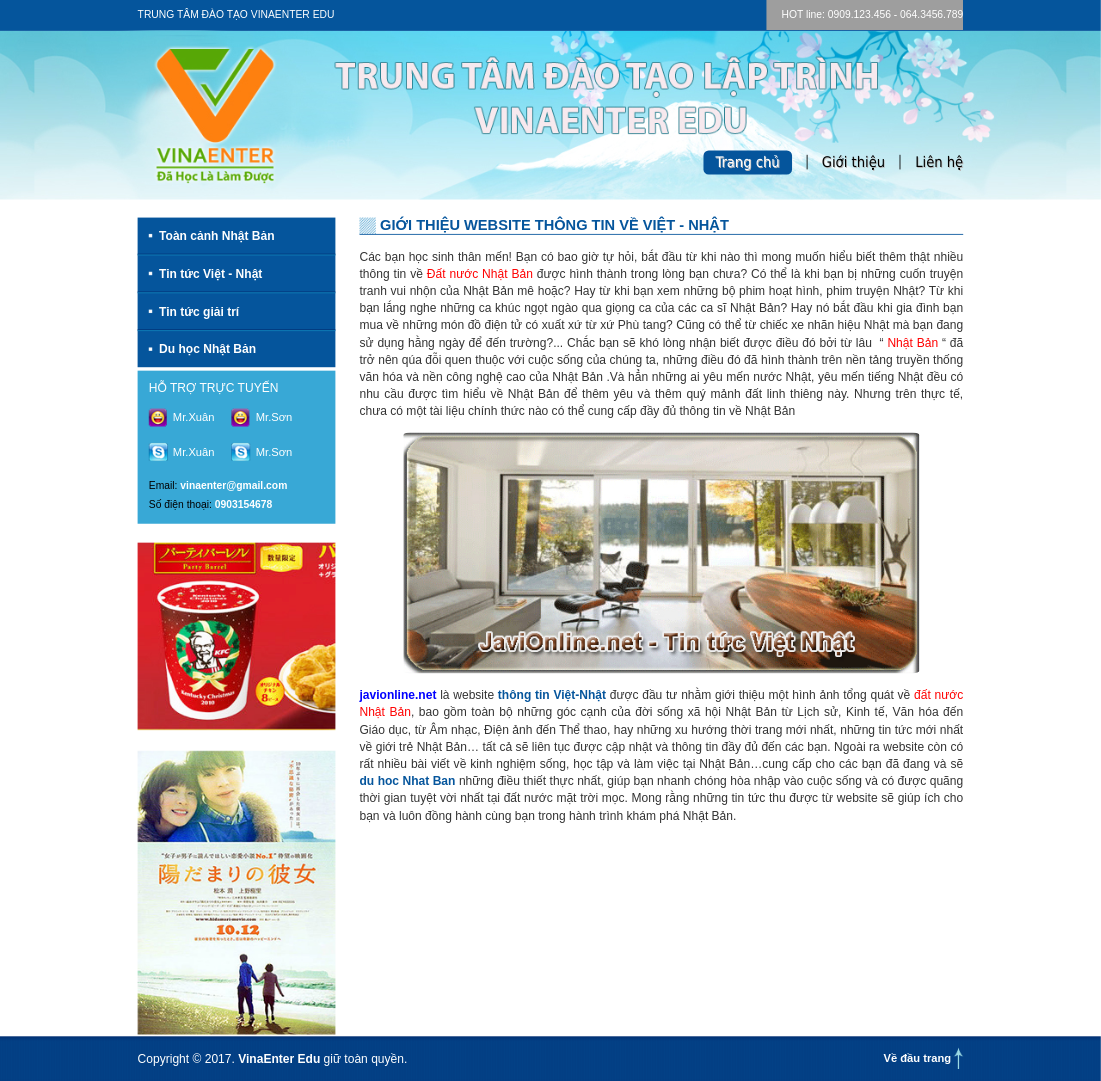
Repository: leducnam1805/JSP-SERVLET
Page: http://localhost/baiTap1/views/BT3/gioithieu.jsp
An editor plug-in stored every save of this project. The page is shown before and after the next save, followed by the edit.
The browser window is 1280 px wide. The pictures show the whole page, at 86% of full size.
Pictures or frames that could not be fetched are drawn as grey boxes. Some web libraries are served in a nearby version. The page is served by Tomcat 9.

Above is the page before, as saved 2020-06-24 06:27:59.

### loiGiai/baiTap1/WebContent/views/BT3/gioithieu.jsp
<%@ page language="java" contentType="text/html; charset=UTF-8"
	pageEncoding="UTF-8"%>
<%@include file="/views/BT3/inc/header.jsp"%>
		<div id="main-body">
			<div class="main-content">
				<div class="body-left fl">
					<div class="left-menu">
						<ul>
							<li class="parent"><a href="/Toan-canh-Nhat-Ban-c1/">Toàn
									cảnh Nhật Bản</a></li>
							<li class="parent"><a href="/Tin-tuc-Viet-Nhat-c2/">Tin
									tức Việt - Nhật</a></li>
							<li class="parent"><a href="/Tin-tuc-giai-tri-c3/">Tin
									tức giải trí</a></li>
							<li class="parent"><a href="/Du-hoc-Nhat-Ban-c4/">Du
									học Nhật Bản</a></li>
						</ul>
						<div class="clr"></div>
					</div>

					<div class="support">
						<p>Hỗ trợ trực tuyến</p>
						<div class="yahoo">
							<ul>
								<li><a href="ymsgr:sendIM?trandangx"
									title="Chat with Mr.Xuân">Mr.Xuân</a></li>
								<li><a href="ymsgr:sendIM?itsontran"
									title="Chat with Mr.Sơn">Mr.Sơn</a></li>
							</ul>
							<div class="clr"></div>
						</div>

						<div class="skype">
							<ul>
								<li><a href="Skype:trandangx?chat"
									title="Chat with Mr.Xuân">Mr.Xuân</a></li>
								<li><a href="Skype:itsontran?chat"
									title="Chat with Mr.Sơn">Mr.Sơn</a></li>
							</ul>
							<div class="clr"></div>
						</div>

						<div class="orther">
							<p>
								Email: <span>vinaenter@gmail.com</span>
							</p>
							<p>
								Số điện thoại: <span>0903154678</span>
							</p>
						</div>
					</div>

					<div class="advs">
						<a href="" title=""> <img src="images/qc1.jpg" alt="" />
						</a> <a href="" title=""> <img src="images/qc2.jpg" alt="" />
						</a>
					</div>
				</div>
				<div class="body-right fr">
					<div class="news-block">
						<h2 class="title-cat">Giới thiệu website thông tin về
							Việt - Nhật</h2>
						<div class="content-cat1">
							<div class="content-detail gioithieu">
								Các bạn học sinh thân mến! Bạn có bao giờ tự
								hỏi, bắt đầu từ khi nào thì mong muốn hiểu biết
								thêm thật nhiều thông tin về <font color="#ff0000">Đất
								nước Nhật Bản</font> được hình thành trong lòng bạn
								chưa? Có thể là khi bạn bị những cuốn truyện
								tranh vui nhộn của Nhật Bản mê hoặc? Hay từ khi
								bạn xem những bộ phim hoạt hình, phim truyện Nhật?
								Từ khi bạn lắng nghe những ca khúc ngọt ngào qua
								giọng ca của các ca sĩ Nhật Bản? Hay nó bắt đầu
								khi gia đình bạn mua về những món đồ điện tử
								có xuất xứ từ xứ Phù tang? Cũng có thể từ
								chiếc xe nhãn hiệu Nhật mà bạn đang sử dụng
								hằng ngày để đến trường?... Chắc bạn sẽ khó
								lòng nhận biết được điều đó bởi từ lâu&nbsp;
								“ <font color="#ff0000">Nhật Bản </font>“ đã trở
								nên qúa đỗi quen thuộc với cuộc sống của chúng
								ta, những điều đó đã hình thành trên nền tảng
								truyền thống văn hóa và nền công nghệ cao của
								Nhật Bản .Và hẳn những ai yêu mến nước Nhật,
								yêu mến tiếng Nhật đều có nhu cầu được tìm
								hiểu về Nhật Bản để thêm yêu và thêm quý mảnh
								đất linh thiêng này. Nhưng trên thực tế, chưa có
								một tài liệu chính thức nào có thể cung cấp đầy
								đủ thông tin về Nhật Bản<br> <img
									src="images/gioi-thieu.jpg" title="" style="padding: 5px 0px;">

										<a title="" target="_blank" href="/"><font color="#0000ff">
											<strong>javionline.net</strong> </font> </a> là website <a title=""
										href="/"><strong>thông tin Việt-Nhật</strong> </a>
										được đầu tư nhằm giới thiệu một hình ảnh
										tổng quát về <font color="#ff0000">đất nước
										Nhật Bản</font>, bao gồm toàn bộ những góc cạnh của
										đời sống xã hội Nhật Bản từ Lịch sử, Kinh
										tế, Văn hóa đến Giáo dục, từ Âm nhạc, Điện
										ảnh đến Thể thao, hay những xu hướng thời trang
										mới nhất, những tin tức mới nhất về giới trẻ
										Nhật Bản… tất cả sẽ liên tục được cập
										nhật và thông tin đầy đủ đến các bạn. Ngoài
										ra website còn có rất nhiều bài viết về kinh
										nghiệm sống, học tập và làm việc tại Nhật
										Bản…cung cấp cho các bạn đã đang và sẽ <strong><a
											title="" href="http://javionline.net">du hoc Nhat Ban</a> </strong>
										những điều thiết thực nhất, giúp bạn nhanh
										chóng hòa nhập vào cuộc sống và có được quãng
										thời gian tuyệt vời nhất tại đất nước mặt
										trời mọc. Mong rằng những tin tức thu được từ
										website sẽ giúp ích cho bạn và luôn đồng hành
										cùng bạn trong hành trình khám phá Nhật Bản.&nbsp;<br>
											&nbsp;
							</div>
						</div>
					</div>

				</div>

				<div class="clr"></div>
			</div>
		</div>
		<div id="footer">
			<div class="main-content">
				<p class="fl">
					Copyright &copy; 2017. <span>VinaEnter Edu</span> giữ toàn
					quyền.
				</p>
				<div class="search fl">&nbsp;</div>
				<div class="backtotop fr">
					<a href="#totop" title="">Về đầu trang</a>
				</div>
				<div class="clr"></div>
			</div>
		</div>

	</div>
</body>
</html>

### loiGiai/baiTap1/WebContent/views/BT3/inc/header.jsp
<%@ page language="java" contentType="text/html; charset=UTF-8"
    pageEncoding="UTF-8"%>
<!DOCTYPE html PUBLIC "-//W3C//DTD XHTML 1.0 Strict//EN" "http://www.w3.org/TR/xhtml1/DTD/xhtml1-strict.dtd">
<html xmlns="http://www.w3.org/1999/xhtml">
<head>
<title>VinaEnter Edu - Web tin tức</title>
<script src="http://code.jquery.com/jquery-1.10.1.min.js"></script>
<meta http-equiv="Content-Type" content="text/html; charset=UTF-8" />
<meta name="robots" content="index, follow" />
<meta name="keywords"
	content="tin tuc viet nhat, tin tức việt nhật, tin nhật bản, tin nhat ban" />
<meta name="description"
	content="Tin tức Việt - Nhật, cập nhật liên tục hằng ngày" />
<link href="<%=request.getContextPath() %>/views/BT3/styles.css" type="text/css" rel="stylesheet" />

</head>
<body>
	<a name="totop"></a>
	<div class="wrapper">
		<div id="top-nav">
			<div class="main-content">
				<p class="fl">
					<a href="/lien-he/" title="">TRUNG TÂM ĐÀO TẠO VINAENTER
						EDU</a>
				</p>
				<p class="fr mail-icon">
					<a href="" title="">HOT line: 0909.123.456 - 064.3456.789</a>
				</p>
				<div class="clr"></div>
			</div>
		</div>

		<div id="top-menu">
			<div class="main-content">
				<ul>
					<li class="parent current"><a href="<%=request.getContextPath() %>/views/BT3/index.jsp">Trang
							chủ</a></li>
					<li class="parent"><a href="<%=request.getContextPath() %>/views/BT3/gioithieu.jsp">Giới thiệu</a></li>
					<li class="parent"><a href="<%=request.getContextPath() %>/views/BT3/lienhe.jsp">Liên hệ</a></li>

				</ul>
				<div class="clr"></div>
				<div class="clr"></div>
			</div>
		</div>

### loiGiai/baiTap1/WebContent/views/BT3/styles.css
html, body, div, span, applet, object, iframe, h1, h2, h3, h4, h5, h6, p, blockquote, pre, a, abbr, acronym, address, big, cite, code, del, dfn, em, img, ins, kbd, q, s, samp, small, strike, strong, sub, sup, tt, var, b, u, i, center, dl, dt, dd, ol, ul, li, fieldset, form, label, legend, table, caption, tbody, tfoot, thead, tr, th, td, article, aside, canvas, details, embed, figure, figcaption, footer, header, hgroup, menu, nav, output, ruby, section, summary, time, mark, audio, video {
    border: 0 none;
    margin: 0;
    padding: 0;
}
article, aside, details, figcaption, figure, footer, header, hgroup, menu, nav, section {
    display: block;
}
body {
    line-height: 1;
}
ol, ul {
    list-style: none outside none;
}
blockquote, q {
    quotes: none;
}
blockquote:before, blockquote:after, q:before, q:after {
    content: none;
}
table {
    border-collapse: collapse;
    border-spacing: 0;
}
.clr {
    clear: both;
}
.fl {
    float: left;
}
.fr {
    float: right;
}
a {
    color: #05559C;
    text-decoration: none;
}
a:hover {
    color: #38A8D6;
}
.main-content {
    margin: 0 auto;
    width: 960px;
}
body {
    font-family: Arial;
    font-size: 13px;
}
.wrapper {
}
#top-nav {
    background-color: #05559C;
    font-size: 12px;
    height: 35px;
    line-height: 35px;
}
#top-nav a {
    color: #FFFFFF;
}
#top-nav .mail-icon {
    background: url("images/phone.png") no-repeat scroll left center rgba(0, 0, 0, 0);
    padding-left: 18px;
}
#top-menu {
    background: url("images/banner.jpg") repeat scroll center top rgba(0, 0, 0, 0);
    height: 198px;
}
#top-menu ul {
    float: right;
    margin-top: 145px;
}
#top-menu ul li {
    border-right: 1px solid #000000;
    float: left;
    padding: 0 17px;
}
#top-menu ul li.parent.current a {
  background: none repeat scroll 0 0 #05559C;
  border-radius: 6px;
  color: #FFFFFF;
  padding: 3px 14px 5px;
}
#top-menu ul li.parent.current a:hover {
  color: #FFE4F3;
}
#top-menu ul li a {
    color: #000000;
    font-family: tahoma;
    font-size: 17px;
    text-shadow: 1px 1px #BBBBBB;
}
#top-menu ul li a:hover {
    color: #05559C;
}
#top-menu ul li:last-child {
    border-right: 0 none;
    padding-right: 0;
}
#top-menu ul li:last-child a {
}
#main-body {
    margin-top: 20px;
}
#main-body .body-left {
    width: 230px;
}
#main-body .body-left .left-menu {
    background-color: #05559C;
}
#main-body .body-left .left-menu ul li {
    background: url("images/li-icon.png") no-repeat scroll 13px center rgba(0, 0, 0, 0);
    border-bottom: 1px solid #012D71;
    border-top: 1px solid #0F81BA;
    padding: 14px 0;
}
#main-body .body-left .left-menu ul li a {
    color: #FFFFFF;
    font-size: 14px;
    font-weight: bold;
    padding-left: 25px;
}
#main-body .body-left .left-menu ul li a:hover {
    color: #F9E41B;
}
#main-body .body-left .left-menu ul li:first-child {
    border-top: medium none;
}
#main-body .body-left .left-menu ul li:last-child {
    border-bottom: medium none;
}
#main-body .body-left .support {
    background-color: #38A8D6;
    height: 152px;
    margin-top: 4px;
    padding: 13px;
}
#main-body .body-left .support p {
    color: #FFFFFF;
    font-size: 14px;
    margin-bottom: 17px;
    text-transform: uppercase;
}
#main-body .body-left .support .yahoo ul li {
    background: url("images/yahoo-icon.png") no-repeat scroll left center rgba(0, 0, 0, 0);
    float: left;
    height: 21px;
    line-height: 21px;
    padding-right: 20px;
}
#main-body .body-left .support .yahoo ul li a {
    color: #FFFFFF;
    padding-left: 28px;
}
#main-body .body-left .support .skype {
    margin: 19px 0;
}
#main-body .body-left .support .skype ul li {
    background: url("images/skype-icon.png") no-repeat scroll left center rgba(0, 0, 0, 0);
    float: left;
    height: 21px;
    line-height: 21px;
    padding-right: 20px;
}
#main-body .body-left .support .skype ul li a {
    color: #FFFFFF;
    padding-left: 28px;
}
#main-body .body-left .support .orther {
    margin-top: 27px;
}
#main-body .body-left .support .orther p {
    color: #000000;
    font-size: 12px;
    line-height: 5px;
    text-transform: none;
}
#main-body .body-left .support .orther p span {
    color: #FFFFFF;
    font-weight: bold;
}
#main-body .body-left .advs img {
    margin-top: 22px;
}
#main-body .body-right {
    width: 702px;
}
#main-body .body-right .news-block {
    color: #333333;
    margin-bottom: 30px;
}
#main-body .body-right .news-block h2.title-cat {
    background: url("images/cat-title.png") no-repeat scroll left bottom rgba(0, 0, 0, 0);
    border-bottom: 1px solid;
    color: #05559C;
    height: 19px;
    line-height: 17px;
    margin-bottom: 15px;
    font-size: 17px;
    font-weight: bold;
    padding-left: 24px;
    text-transform: uppercase;
}
#main-body .body-right .news-block .content-cat .item-left {
    width: 300px;
}
#main-body .body-right .news-block .content-cat .item-left img {
    height: 169px;
    width: 300px;
}
#main-body .body-right .news-block .content-cat .item-left a.title {
    display: block;
    font-size: 18px;
    font-weight: bold;
    line-height: 23px;
    margin-bottom: 4px;
    margin-top: 12px;
}
#main-body .body-right .news-block .content-cat .item-left p {
    font-size: 14px;
    line-height: 20px;
}
#main-body .body-right .news-block .content-cat .item-right {
    width: 373px;
}
#main-body .body-right .news-block .content-cat .item-right li {
    padding-bottom: 14px;
}
#main-body .body-right .news-block .content-cat .item-right li a {
}
#main-body .body-right .news-block .content-cat .item-right li a.title {
    font-size: 15px;
    font-weight: bold;
}
#main-body .body-right .news-block .content-cat .item-right li p.cat-date {
    margin: 5px 0;
}
#main-body .body-right .news-block .content-cat .item-right li p.cat-date a {
    background: url("images/cat-icon.png") no-repeat scroll left center rgba(0, 0, 0, 0);
    color: #4AA8D6;
    font-size: 11px;
    padding-left: 20px;
}
#main-body .body-right .news-block .content-cat .item-right li p.cat-date span {
    color: #C3C3C3;
    font-size: 11px;
    padding-left: 10px;
}
#main-body .body-right .news-block .content-cat .item-right li p.preview {
    color: #393A3A;
    line-height: 18px;
}
#footer {
    background: url("images/bg-footer.png") repeat scroll left top rgba(0, 0, 0, 0);
    color: #FFFFFF;
    height: 52px;
    line-height: 52px;
}
#footer p.fl {
    font-size: 14px;
}
#footer p.fl span {
    font-weight: bold;
}
#footer p.fl a {
    color: #FFFFFF;
}
#footer .search {
    margin-left: 63px;
    width:244px;
    height: 24px;
}
#footer .search input {
    background: url("images/search-icon.png") no-repeat scroll 10px center #FFFFFF;
    border: 1px solid #FFFFFF;
    color: #B0B0B0;
    height: 24px;
    padding-left: 30px;
    width: 244px;
}
#footer .backtotop {
  font-weight: bold;
  line-height: 52px;
}
#footer .backtotop a {
  background: url("images/backtotop.png") no-repeat scroll right center rgba(0, 0, 0, 0);
  color: #FFFFFF;
  display: block;
  height: 50px;
  padding-left: 22px;
  padding-right: 14px;
}
#footer .backtotop img {
    float: right;
    margin-left: 11px;
    padding-top: 14px;
}
.content-cat1 .item-top {
    background: none repeat scroll 0 0 #E2F4F6;
    border-radius: 6px;
    margin-bottom: 20px;
    padding: 10px;
}
.content-cat1 .item-top .item-right-cat {
    width: 373px;
}
.content-cat1 .item-top .item-right-cat a.title {
    font-size: 15px;
    font-weight: bold;
    line-height: 18px;
}
.content-cat1 .item-top .item-right-cat p.preview {
    color: #393A3A;
    line-height: 18px;
}
.content-cat1 .item-top .item-left img {
    height: 169px;
    width: 300px;
}
.content-cat1 .item {
    margin-bottom: 15px;
    border-bottom: 2px solid #E2F4F6;
	padding-bottom: 5px;
}
.content-cat1 .item .item-right-cat {
    width: 472px;
}
.content-cat1 .item .item-right-cat a.title {
    font-size: 15px;
    font-weight: bold;
    line-height: 18px;
}
.content-cat1 .item .item-right-cat p.preview {
    color: #393A3A;
    line-height: 18px;
}
.content-cat1 .item .item-left img {
    border: 1px solid #BBBBBB;
    border-radius: 6px;
    height: 130px;
    padding: 3px;
    width: 200px;
}
.news-block h1 {
  color: #05559C;
  font-size: 22px;
  font-weight: bold;
  line-height: 26px;
}
.detail p.cat-date {
    margin: 8px 0 18px;
}
.detail p.cat-date a {
    background: url("images/cat-icon.png") no-repeat scroll left center rgba(0, 0, 0, 0);
    color: #4AA8D6;
    font-size: 11px;
    padding-left: 20px;
}
.detail p.cat-date span {
    color: #C3C3C3;
    font-size: 11px;
    padding-left: 10px;
}
.content-detail {
  font-size: 13px;
  line-height: 18px;
  text-align: justify;
}
.content-detail img {
    border-radius: 8px;
    display: block;
    margin: 10px auto;
    text-align: center;
    max-width: 698px !important;
}
.orther-news .items {
    margin-top: 10px;
}
.orther-news .items li {
    float: left;
    margin-right: 19px;
    width: 160px;
}
.orther-news .items li:last-child {
    margin-right: 0 !important;
}
.orther-news .items li a {
    color: #000000;
    display: block;
    font-weight: bold;
    line-height: 16px;
    margin: 4px 0;
    text-align: justify;
}
.orther-news .items li a:hover {
    color: #05559C;
}
.orther-news .items li a img {
    border-radius: 4px;
    height: 120px;
    width: 160px;
}
.comment-icon {
    background: url("images/comment.png") no-repeat scroll left center rgba(0, 0, 0, 0);
    padding-left: 27px;
    padding-top: 14px;
}
.orther-icon {
    background: url("images/news.png") no-repeat scroll left center rgba(0, 0, 0, 0);
    padding-left: 27px;
    padding-top: 14px;
}
.orther-news .title, .conment .title {
    border-bottom: 2px solid #05559C;
    color: #05559C;
    font-size: 16px;
    font-weight: bold;
    margin: 30px 0 10px;
    padding-bottom: 3px;
}
.items-noimg {
    border-top: 1px dotted #BBBBBB;
    margin-top: 14px;
    padding-bottom: 2px;
}
.orther-news .items-noimg ul {
    color: #05559C;
    list-style: disc inside none;
    margin-top: 10px;
}
.orther-news .items-noimg li {
    float: left;
    line-height: 16px;
    padding-bottom: 8px;
    width: 44%;
	margin-right: 30px;
}
.orther-news .items-noimg li:last-child {
}
.orther-news .items-noimg li a {
    color: #000000;
}
.orther-news .items-noimg li a:hover {
    color: #05559C;
}

.pager{margin:30px 0px; text-align: center;}
#fcontact img {
  border-radius: 0;
  margin: 0 !important;
}
#fcontact .FieldRow {
  margin-bottom: 15px;
}
#fcontact .FieldRow input {
  border: 1px solid #05559C;
  border-radius: 5px;
  padding: 6px 0;
  width: 379px;
}
#fcontact .FieldRow textarea{
	border: 1px solid #05559C;
  border-radius: 5px;
}
#fcontact .FieldRow label {
  display: block;
  margin-bottom: 4px;
}
.error{color:red;font-size: 11px;}
#captcha_word {
  border-radius: 0 !important;
  width: 159px !important;
}
.button_submit {
  border: medium none !important;
  color: #FFFFFF;
  font-family: tahoma;
  font-size: 16px;
  font-weight: bold;
  padding: 10px !important;
  width: 133px !important;
  background: #05559C;
  cursor: pointer;
  margin-right:20px;
  margin-top:30px;
}
.button_submit:hover {
  background: #38A8D6;
  cursor: pointer;
}
.FieldRow .mbv{}
.FromBox h4{margin:10px 0px;margin-bottom:40px;}
.gioithieu{
	font-size: 14px; line-height: 20px;
}

### loiGiai/baiTap1/WebContent/views/BT3/inc/leftmenu.jsp
<%@ page language="java" contentType="text/html; charset=UTF-8"
    pageEncoding="UTF-8"%>
<div class="body-left fl">
					<div class="left-menu">
						<ul>
							<li class="parent"><a href="<%=request.getContextPath() %>/views/BT3/danhmuc.jsp">Toàn cảnh
									Nhật Bản</a></li>
							<li class="parent"><a href="<%=request.getContextPath() %>/views/BT3danhmuc.jsp">Tin tức
									Việt - Nhật</a></li>
							<li class="parent"><a href="<%=request.getContextPath() %>/views/BT3danhmuc.jsp">Tin tức
									giải trí</a></li>
							<li class="parent"><a href="<%=request.getContextPath() %>/views/BT3danhmuc.jsp">Du học
									Nhật Bản</a></li>
						</ul>
						<div class="clr"></div>
					</div>

					<div class="support">
						<p>Hỗ trợ trực tuyến</p>
						<div class="yahoo">
							<ul>
								<li><a href="ymsgr:sendIM?trandangx"
									title="Chat with Mr.Xuân">Mr.Xuân</a></li>
								<li><a href="ymsgr:sendIM?itsontran"
									title="Chat with Mr.Sơn">Mr.Sơn</a></li>
							</ul>
							<div cl
							ass="clr"></div>
						</div>

						<div class="skype">
							<ul>
								<li><a href="Skype:trandangx?chat"
									title="Chat with Mr.Xuân">Mr.Xuân</a></li>
								<li><a href="Skype:itsontran?chat"
									title="Chat with Mr.Sơn">Mr.Sơn</a></li>
							</ul>
							<div class="clr"></div>
						</div>

						<div class="orther">
							<p>
								Email: <span>vinaenter@gmail.com</span>
							</p>
							<p>
								Số điện thoại: <span>0903154678</span>
							</p>
						</div>
					</div>

					<div class="advs">
						<a href="" title=""> <img src="<%=request.getContextPath() %>/views/BT3/images/qc1.jpg" alt="" />
						</a> <a href="" title=""> <img src="<%=request.getContextPath() %>/views/BT3/images/qc2.jpg" alt="" />
						</a>
					</div>
				</div>

After the next save:
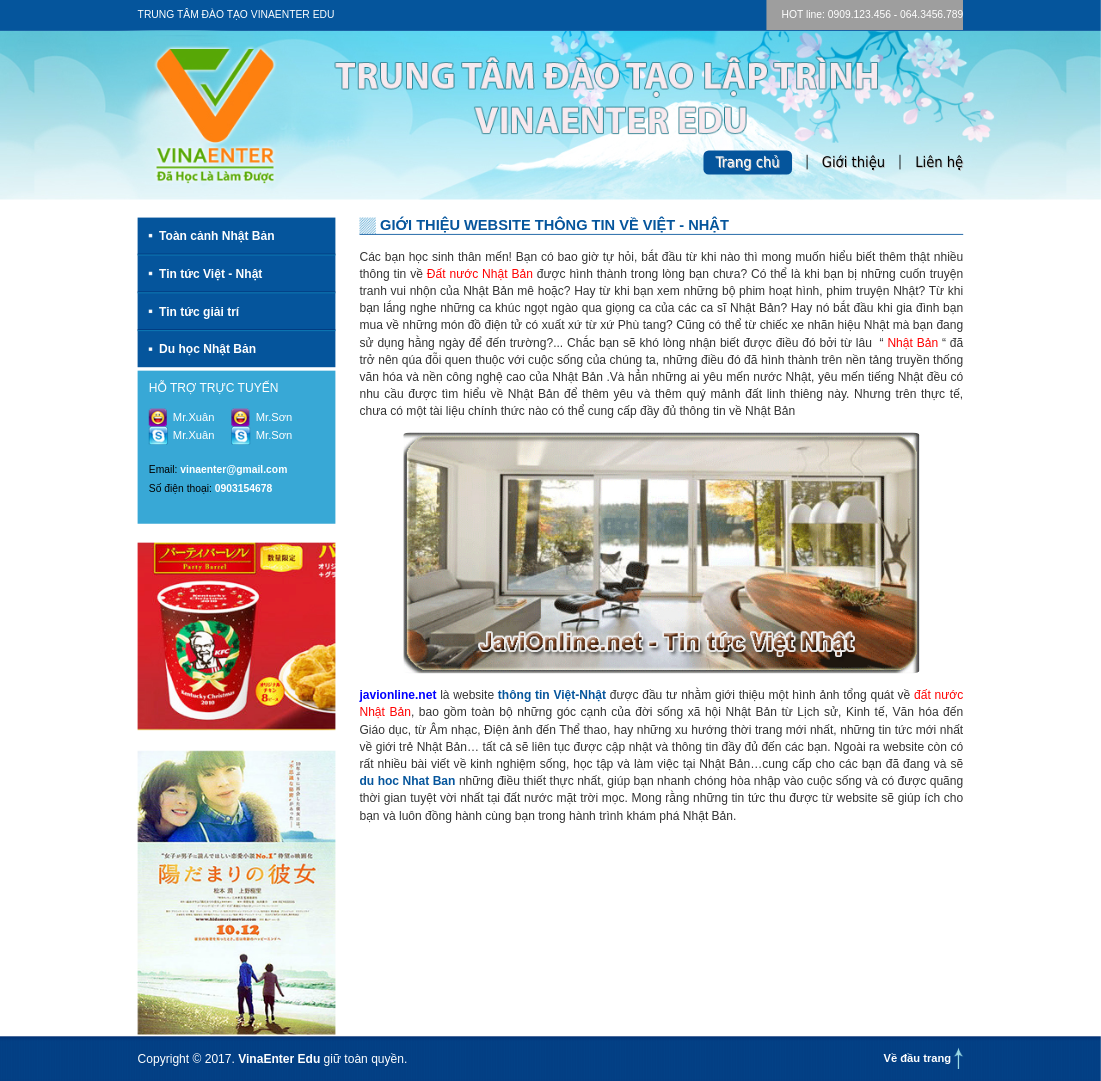
Saved 43 s later.
--- a/loiGiai/baiTap1/WebContent/views/BT3/gioithieu.jsp
+++ b/loiGiai/baiTap1/WebContent/views/BT3/gioithieu.jsp
@@ -3,59 +3,7 @@
 <%@include file="/views/BT3/inc/header.jsp"%>
 		<div id="main-body">
 			<div class="main-content">
-				<div class="body-left fl">
-					<div class="left-menu">
-						<ul>
-							<li class="parent"><a href="/Toan-canh-Nhat-Ban-c1/">Toàn
-									cảnh Nhật Bản</a></li>
-							<li class="parent"><a href="/Tin-tuc-Viet-Nhat-c2/">Tin
-									tức Việt - Nhật</a></li>
-							<li class="parent"><a href="/Tin-tuc-giai-tri-c3/">Tin
-									tức giải trí</a></li>
-							<li class="parent"><a href="/Du-hoc-Nhat-Ban-c4/">Du
-									học Nhật Bản</a></li>
-						</ul>
-						<div class="clr"></div>
-					</div>
-
-					<div class="support">
-						<p>Hỗ trợ trực tuyến</p>
-						<div class="yahoo">
-							<ul>
-								<li><a href="ymsgr:sendIM?trandangx"
-									title="Chat with Mr.Xuân">Mr.Xuân</a></li>
-								<li><a href="ymsgr:sendIM?itsontran"
-									title="Chat with Mr.Sơn">Mr.Sơn</a></li>
-							</ul>
-							<div class="clr"></div>
-						</div>
-
-						<div class="skype">
-							<ul>
-								<li><a href="Skype:trandangx?chat"
-									title="Chat with Mr.Xuân">Mr.Xuân</a></li>
-								<li><a href="Skype:itsontran?chat"
-									title="Chat with Mr.Sơn">Mr.Sơn</a></li>
-							</ul>
-							<div class="clr"></div>
-						</div>
-
-						<div class="orther">
-							<p>
-								Email: <span>vinaenter@gmail.com</span>
-							</p>
-							<p>
-								Số điện thoại: <span>0903154678</span>
-							</p>
-						</div>
-					</div>
-
-					<div class="advs">
-						<a href="" title=""> <img src="images/qc1.jpg" alt="" />
-						</a> <a href="" title=""> <img src="images/qc2.jpg" alt="" />
-						</a>
-					</div>
-				</div>
+				<%@ include file="/views/BT3/inc/leftmenu.jsp"%>
 				<div class="body-right fr">
 					<div class="news-block">
 						<h2 class="title-cat">Giới thiệu website thông tin về
